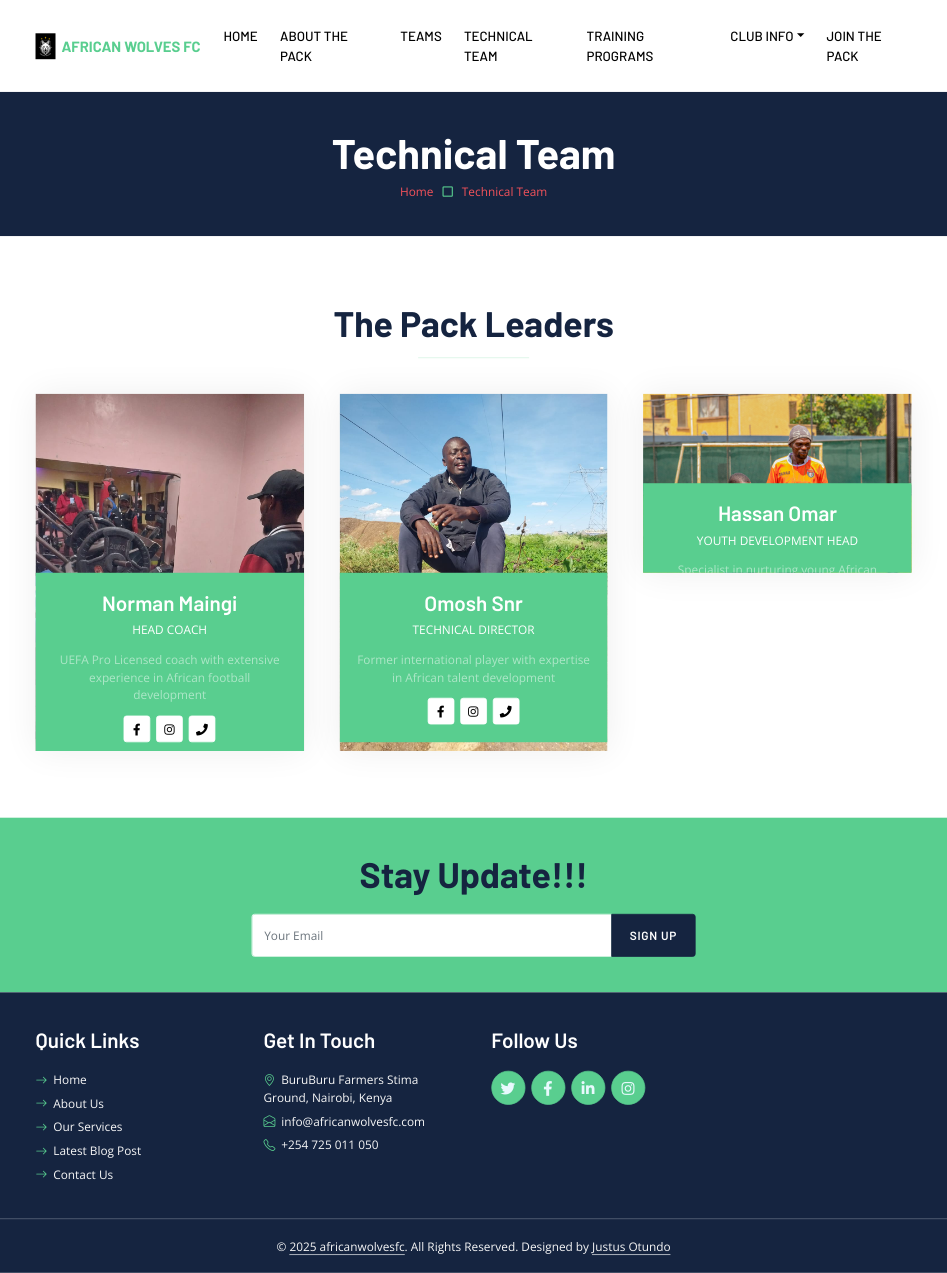
Repository: Justus-Otundo/uleziborafc
Page: coachingstaff.html
An editor plug-in stored every save of this project. The page is shown before and after the next save, followed by the edit.
The browser window is 1280 px wide. The pictures show the whole page, at 74% of full size.
Some web libraries are served in a nearby version.

Above is the page before, as saved 2025-06-11 13:55:16.

### coachingstaff.html
<!DOCTYPE html>
<html lang="en">
<head>
    <meta charset="utf-8">
    <title>Technical Team - African Wolves FC</title>
    <meta content="width=device-width, initial-scale=1.0" name="viewport">
    <meta content="African Football Club, Professional Coaches, Football Development" name="keywords">
    <meta content="Meet the experienced technical team behind African Wolves FC" name="description">

    <!-- Favicon -->
    <link href="img/favicon.ico" rel="icon">

    <!-- Google Web Fonts -->
    <link rel="preconnect" href="https://fonts.googleapis.com">
    <link rel="preconnect" href="https://fonts.gstatic.com" crossorigin>
    <link href="https://fonts.googleapis.com/css2?family=Barlow:wght@500;600;700&family=Open+Sans:wght@400;600&display=swap" rel="stylesheet">

    <!-- Icon Font Stylesheet -->
    <link href="https://cdnjs.cloudflare.com/ajax/libs/font-awesome/5.10.0/css/all.min.css" rel="stylesheet">
    <link href="https://cdn.jsdelivr.net/npm/bootstrap-icons@1.4.1/font/bootstrap-icons.css" rel="stylesheet">

    <!-- Libraries Stylesheet -->
    <link href="lib/owlcarousel/assets/owl.carousel.min.css" rel="stylesheet">

    <!-- Customized Bootstrap Stylesheet -->
    <link href="css/bootstrap.min.css" rel="stylesheet">

    <!-- Template Stylesheet -->
    <link href="css/style.css" rel="stylesheet">
</head>

<body>
    <!-- Include Navbar -->
    <div id="navbar"></div>

    <!-- Page Header Start -->
    <div class="container-fluid bg-dark p-5">
        <div class="row">
            <div class="col-12 text-center">
                <h1 class="display-4 text-white">Technical Team</h1>
                <a href="index.html">Home</a>
                <i class="far fa-square text-primary px-2"></i>
                <a href="coachingstaff.html">Technical Team</a>
            </div>
        </div>
    </div>
    <!-- Page Header End -->

    <!-- Technical Team Start -->
    <div class="container-fluid py-6 px-5">
        <div class="text-center mx-auto mb-5" style="max-width: 600px;">
            <h1 class="display-5 mb-0">The Pack Leaders</h1>
            <hr class="w-25 mx-auto bg-primary">
        </div>
        <div class="row g-5">
            <div class="col-lg-4">
                <div class="team-item position-relative overflow-hidden">
                    <img class="img-fluid w-100" src="img/coachmaingi.jpeg" alt="Head Coach">
                    <div class="team-text w-100 position-absolute top-50 text-center bg-primary p-4">
                        <h3 class="text-white">Norman Maingi</h3>
                        <p class="text-white text-uppercase mb-0">Head Coach</p>
                        <p class="text-white-50 mt-3">UEFA Pro Licensed coach with extensive experience in African football development</p>
                        <div class="d-flex justify-content-center mt-3">
                            <a class="btn btn-square btn-light me-2" href="#"><i class="fab fa-facebook-f"></i></a>
                            <a class="btn btn-square btn-light me-2" href="#"><i class="fab fa-instagram"></i></a>
                            <a class="btn btn-square btn-light" href="#"><i class="fas fa-phone"></i></a>
                        </div>
                    </div>
                </div>
            </div>
            <div class="col-lg-4">
                <div class="team-item position-relative overflow-hidden">
                    <img class="img-fluid w-100" src="img/omosh.jpeg" alt="Technical Director">
                    <div class="team-text w-100 position-absolute top-50 text-center bg-primary p-4">
                        <h3 class="text-white">Omosh Snr</h3>
                        <p class="text-white text-uppercase mb-0">Technical Director</p>
                        <p class="text-white-50 mt-3">Former international player with expertise in African talent development</p>
                        <div class="d-flex justify-content-center mt-3">
                            <a class="btn btn-square btn-light me-2" href="#"><i class="fab fa-facebook-f"></i></a>
                            <a class="btn btn-square btn-light me-2" href="#"><i class="fab fa-instagram"></i></a>
                            <a class="btn btn-square btn-light" href="#"><i class="fas fa-phone"></i></a>
                        </div>
                    </div>
                </div>
            </div>
            <div class="col-lg-4">
                <div class="team-item position-relative overflow-hidden">
                    <img class="img-fluid w-100" src="img/coach-3.jpg" alt="Youth Development Head">
                    <div class="team-text w-100 position-absolute top-50 text-center bg-primary p-4">
                        <h3 class="text-white">Hassan Omar</h3>
                        <p class="text-white text-uppercase mb-0">Youth Development Head</p>
                        <p class="text-white-50 mt-3">Specialist in nurturing young African talent with proven track record</p>
                        <div class="d-flex justify-content-center mt-3">
                            <a class="btn btn-square btn-light me-2" href="#"><i class="fab fa-facebook-f"></i></a>
                            <a class="btn btn-square btn-light me-2" href="#"><i class="fab fa-instagram"></i></a>
                            <a class="btn btn-square btn-light" href="#"><i class="fas fa-phone"></i></a>
                        </div>
                    </div>
                </div>
            </div>
        </div>
    </div>
    <!-- Technical Team End -->

    <!-- Include Footer -->
    <div id="footer"></div>

    <!-- JavaScript Libraries -->
    <script src="https://code.jquery.com/jquery-3.4.1.min.js"></script>
    <script src="https://cdn.jsdelivr.net/npm/bootstrap@5.0.0/dist/js/bootstrap.bundle.min.js"></script>
    <script src="lib/easing/easing.min.js"></script>
    <script src="lib/waypoints/waypoints.min.js"></script>
    <script src="lib/owlcarousel/owl.carousel.min.js"></script>

    <!-- Template Javascript -->
    <script src="js/main.js"></script>
    <script>
        $(document).ready(function(){
            $("#navbar").load("navbar.html");
            $("#footer").load("footer.html");
        });
    </script>
</body>
</html>

### css/style.css
/********** Template CSS **********/
:root {
    --primary: #59CE8F;    /* Green - for primary elements and accents */
    --secondary: #E8F9FD;  /* Light Blue - for backgrounds and secondary elements */
    --accent: #FF1E00;     /* Red - for highlights and call-to-action elements */
    --dark: #000000;       /* Black - for text and dark elements */
}

h1,
h2,
.font-weight-bold {
    font-weight: 700 !important;
}

h3,
h4,
.font-weight-semi-bold {
    font-weight: 600 !important;
}

h5,
h6,
.font-weight-medium {
    font-weight: 500 !important;
}

.pt-6 {
    padding-top: 90px;
}

.pb-6 {
    padding-bottom: 90px;
}

.py-6 {
    padding-top: 90px;
    padding-bottom: 90px;
}

.btn {
    font-family: 'Barlow', sans-serif;
    font-weight: 600;
    text-transform: uppercase;
    letter-spacing: 1px;
    transition: all 0.3s ease;
}

.btn-primary {
    color: var(--secondary);
    background-color: var(--primary);
    border-color: var(--primary);
}

.btn-primary:hover {
    color: var(--secondary);
    background-color: #48b77c;  /* Darker shade of primary green */
    border-color: #48b77c;
}

.btn-square {
    width: 36px;
    height: 36px;
}

.btn-sm-square {
    width: 28px;
    height: 28px;
}

.btn-lg-square {
    width: 46px;
    height: 46px;
}

.btn-square,
.btn-sm-square,
.btn-lg-square {
    padding-left: 0;
    padding-right: 0;
    text-align: center;
}

.back-to-top {
    position: fixed;
    display: none;
    right: 45px;
    bottom: 45px;
    z-index: 99;
}

.top-shape::before {
    position: absolute;
    content: "";
    width: 35px;
    height: 100%;
    top: 0;
    left: -17px;
    background: var(--primary);
    transform: skew(40deg);
}

.navbar {
    transition: all 0.3s ease-in-out;
    background: #ffffff;
    z-index: 1030;
}

.navbar.fixed-top {
    position: fixed !important;
    top: 0;
    right: 0;
    left: 0;
    z-index: 1030;
}

.navbar-light .navbar-nav .nav-link {
    font-family: 'Barlow', sans-serif;
    padding: 35px 15px;
    font-size: 18px;
    text-transform: uppercase;
    color: var(--dark);
    outline: none;
    transition: .5s;
}

.sticky-top.navbar-light .navbar-nav .nav-link {
    padding: 20px 15px;
}

.navbar-light .navbar-nav .nav-link:hover,
.navbar-light .navbar-nav .nav-link.active {
    color: var(--accent);
}

@media (max-width: 991.98px) {
    .navbar-light .navbar-nav .nav-link  {
        padding: 10px 0;
    }
}

.navbar-logo {
    height: 35px;
    width: auto;
    vertical-align: middle;
}

.brand-text {
    font-size: 1.25rem;
    font-weight: 600;
    line-height: 1.2;
}

.carousel-caption {
    top: 0;
    left: 0;
    right: 0;
    bottom: 0;
    background: rgba(21, 36, 64, .7);
    z-index: 1;
}

@media (max-width: 576px) {
    .carousel-caption h5 {
        font-size: 14px;
        font-weight: 500 !important;
    }

    .carousel-caption h1 {
        font-size: 30px;
        font-weight: 600 !important;
    }
}

.carousel-control-prev,
.carousel-control-next {
    width: 10%;
}

.carousel-control-prev-icon,
.carousel-control-next-icon {
    width: 3rem;
    height: 3rem;
}

.service-item {
    position: relative;
    overflow: hidden;
    height: 350px;
    display: flex;
    flex-direction: column;
    align-items: center;
    justify-content: center;
    background: rgba(232, 249, 253, 0.9); /* Semi-transparent secondary color */
    transition: all 0.3s ease;
    backdrop-filter: blur(5px);
    border-radius: 10px;
}

.service-item::after {
    position: absolute;
    content: "";
    width: 100%;
    height: 50px;
    bottom: -50px;
    left: 0;
    background: var(--light);
    border-radius: 100% 100% 0 0;
    box-shadow: 0px -10px 5px #EEEEEE;
    transition: .5s;
}

.service-item:hover {
    transform: translateY(-10px);
    box-shadow: 0 10px 30px rgba(0,0,0,0.1);
    border-color: var(--accent);
}

.service-item i {
    transition: all 0.3s ease;
}

.service-item:hover i {
    transform: scale(1.2);
}

.service-item:hover::after {
    bottom: -25px;
}

.service-item p {
    transition: .3s;
}

.service-item:hover p {
    margin-bottom: 25px !important;
}

.team-item {
    box-shadow: 0 0 45px rgba(0, 0, 0, .07);
}

.team-item img {
    transition: all 0.5s ease;
}

.team-item:hover img {
    transform: scale(1.1);
}

.team-item .team-text {
    transition: .5s;
}

.team-item:hover .team-text {
    background: rgba(89, 206, 143, 0.9) !important; /* Semi-transparent primary color */
}

.testimonial-carousel .owl-nav {
    margin-top: 30px;
    display: flex;
    justify-content: start;
}

.testimonial-carousel .owl-nav .owl-prev,
.testimonial-carousel .owl-nav .owl-next{
    position: relative;
    margin: 0 5px;
    width: 45px;
    height: 45px;
    display: flex;
    align-items: center;
    justify-content: center;
    color: #FFFFFF;
    background: var(--primary);
    font-size: 22px;
    border-radius: 45px;
    transition: .5s;
}

.testimonial-carousel .owl-nav .owl-prev:hover,
.testimonial-carousel .owl-nav .owl-next:hover {
    color: var(--dark);
}

.testimonial-carousel .owl-item img {
    width: 90px;
    height: 90px;
}

.blog-item img {
    transition: .5s;
}

.blog-item:hover img {
    transform: scale(1.1);
}

.team-card-image {
    width: 100%;
    height: 250px;
    object-fit: cover;
    border-top-left-radius: 5px;
    border-top-right-radius: 5px;
}

.teams-section {
    position: relative;
    background: url('../img/wolves-logo.jpeg') no-repeat center center;
    background-size: 50%;
    background-attachment: fixed;
}

.teams-section::before {
    content: '';
    position: absolute;
    top: 0;
    left: 0;
    right: 0;
    bottom: 0;
    background: rgba(255, 255, 255, 0.95);
}

.teams-section .container-fluid {
    position: relative;
    z-index: 1;
}

/* Fixed Navbar Styles */
.fixed-top {
    transition: all 0.3s ease;
}

/* Add padding to body to prevent content from hiding under navbar */
body {
    position: relative;
    padding-top: 90px;
}

/* Optional: Change navbar background when scrolled */
.navbar.fixed-top.scrolled {
    background-color: rgba(255, 255, 255, 0.95) !important;
    box-shadow: 0 0 15px rgba(0, 0, 0, 0.1);
}

.content-wrapper {
    position: relative;
    min-height: calc(100vh - 90px);
    padding-top: 90px;
    z-index: 1;
}

.bg-primary {
    background-color: var(--primary) !important;
}

.bg-secondary {
    background-color: var(--secondary) !important;
}

.text-primary {
    color: var(--primary) !important;
}

.btn-accent {
    color: var(--secondary);
    background-color: var(--accent);
    border-color: var(--accent);
}

.text-accent {
    color: var(--accent) !important;
}

/* Enhanced Typography */
.display-1 {
    font-weight: 700;
    letter-spacing: -1px;
}

.text-shadow {
    text-shadow: 2px 2px 4px rgba(0, 0, 0, 0.5);
}

/* Button Enhancements */
.btn {
    text-transform: uppercase;
    letter-spacing: 1px;
    transition: all 0.3s ease;
}

.btn:hover {
    transform: translateY(-2px);
    box-shadow: 0 5px 15px rgba(0,0,0,0.1);
}

/* Section Improvements */
.service-item {
    border: none;
    border-radius: 10px;
    overflow: hidden;
    transition: all 0.3s ease;
}

.service-item:hover {
    transform: translateY(-10px);
    box-shadow: 0 10px 30px rgba(0,0,0,0.1);
}

/* Image Enhancements */
.carousel-item img {
    filter: brightness(0.8);
}

.team-item img {
    transition: all 0.5s ease;
}

.team-item:hover img {
    transform: scale(1.1);
}

/* Testimonial Improvements */
.testimonial-item {
    background: rgba(255, 255, 255, 0.95);
    border-radius: 10px;
    padding: 30px;
    margin: 15px;
    box-shadow: 0 5px 15px rgba(0,0,0,0.1);
}

### js/main.js
(function ($) {
    "use strict";

    // Sticky Navbar
    $(window).scroll(function () {
        if ($(this).scrollTop() > 0) {
            $('.navbar').addClass('fixed-top shadow-sm').css('position', 'fixed');
            $('body').css('padding-top', $('.navbar').outerHeight());
        } else {
            $('.navbar').removeClass('fixed-top shadow-sm').css('position', '');
            $('body').css('padding-top', 0);
        }
    });

    // Dropdown on mouse hover
    $(document).ready(function () {
        function toggleNavbarMethod() {
            if ($(window).width() > 992) {
                $('.navbar .dropdown').on('mouseover', function () {
                    $('.dropdown-toggle', this).trigger('click');
                }).on('mouseout', function () {
                    $('.dropdown-toggle', this).trigger('click').blur();
                });
            } else {
                $('.navbar .dropdown').off('mouseover').off('mouseout');
            }
        }
        toggleNavbarMethod();
        $(window).resize(toggleNavbarMethod);
    });


    // Back to top button
    $(window).scroll(function () {
        if ($(this).scrollTop() > 100) {
            $('.back-to-top').fadeIn('slow');
        } else {
            $('.back-to-top').fadeOut('slow');
        }
    });
    $('.back-to-top').click(function () {
        $('html, body').animate({scrollTop: 0}, 1500, 'easeInOutExpo');
        return false;
    });


    // Testimonials carousel
    $(".testimonial-carousel").owlCarousel({
        autoplay: true,
        smartSpeed: 1000,
        items: 1,
        dots: false,
        loop: true,
        nav : true,
        navText : [
            '<i class="bi bi-arrow-left"></i>',
            '<i class="bi bi-arrow-right"></i>'
        ],
    });

})(jQuery);

### navbar.html
<nav class="navbar navbar-expand-lg bg-white navbar-light shadow-sm px-5 py-3 py-lg-0 fixed-top">
    <a href="index.html" class="navbar-brand p-0 d-flex align-items-center">
        <img src="img/wolves-logo.jpeg" alt="African Wolves FC Logo" class="navbar-logo me-2">
        <h1 class="brand-text m-0 text-uppercase text-primary">African Wolves FC</h1>
    </a>
    <button class="navbar-toggler" type="button" data-bs-toggle="collapse" data-bs-target="#navbarCollapse">
        <span class="navbar-toggler-icon"></span>
    </button>
    <div class="collapse navbar-collapse" id="navbarCollapse">
        <div class="navbar-nav ms-auto py-0 me-n3">
            <a href="index.html" class="nav-item nav-link">Home</a>
            <a href="about.html" class="nav-item nav-link">About The Pack</a>
            <a href="service.html" class="nav-item nav-link">Teams</a>
            <a href="coachingstaff.html" class="nav-item nav-link">Technical Team</a>
            <a href="trainingprograms.html" class="nav-item nav-link">Training Programs</a>
            <div class="nav-item dropdown">
                <a href="#" class="nav-link dropdown-toggle" data-bs-toggle="dropdown">Club Info</a>
                <div class="dropdown-menu m-0">
                    <a href="news.html" class="dropdown-item">Club News</a>
                    <a href="matches.html" class="dropdown-item">Matches & Results</a>
                    <a href="academy.html" class="dropdown-item">Academy</a>
                    <a href="registration.html" class="dropdown-item">Player Registration</a>
                    <a href="testimonial.html" class="dropdown-item">Success Stories</a>
                </div>
            </div>
            <a href="contact.html" class="nav-item nav-link">Join The Pack</a>
        </div>
    </div>
</nav>

### footer.html
<!-- Footer Start -->
<div class="container-fluid bg-primary text-secondary p-5">
    <div class="row g-5">
        <div class="col-12 text-center">
            <h1 class="display-5 mb-4">Stay Update!!!</h1>
            <form class="mx-auto" style="max-width: 600px;">
                <div class="input-group">
                    <input type="text" class="form-control border-white p-3" placeholder="Your Email">
                    <button class="btn btn-dark px-4">Sign Up</button>
                </div>
            </form>
        </div>
    </div>
</div>
<div class="container-fluid bg-dark text-secondary p-5">
    <div class="row g-5">
        <div class="col-lg-3 col-md-6">
            <h3 class="text-white mb-4">Quick Links</h3>
            <div class="d-flex flex-column justify-content-start">
                <a class="text-secondary mb-2" href="#"><i class="bi bi-arrow-right text-primary me-2"></i>Home</a>
                <a class="text-secondary mb-2" href="#"><i class="bi bi-arrow-right text-primary me-2"></i>About Us</a>
                <a class="text-secondary mb-2" href="#"><i class="bi bi-arrow-right text-primary me-2"></i>Our Services</a>
                <a class="text-secondary mb-2" href="#"><i class="bi bi-arrow-right text-primary me-2"></i>Latest Blog Post</a>
                <a class="text-secondary" href="#"><i class="bi bi-arrow-right text-primary me-2"></i>Contact Us</a>
            </div>
        </div>
        <div class="col-lg-3 col-md-6">
            <h3 class="text-white mb-4">Get In Touch</h3>
            <p class="mb-2"><i class="bi bi-geo-alt text-primary me-2"></i>BuruBuru Farmers Stima Ground, Nairobi, Kenya</p>
            <p class="mb-2"><i class="bi bi-envelope-open text-primary me-2"></i>info@africanwolvesfc.com</p>
            <p class="mb-0"><i class="bi bi-telephone text-primary me-2"></i>+254 725 011 050</p>
        </div>
        <div class="col-lg-3 col-md-6">
            <h3 class="text-white mb-4">Follow Us</h3>
            <div class="d-flex">
                <a class="btn btn-lg btn-primary btn-lg-square rounded-circle me-2" href="#"><i class="fab fa-twitter fw-normal"></i></a>
                <a class="btn btn-lg btn-primary btn-lg-square rounded-circle me-2" href="#"><i class="fab fa-facebook-f fw-normal"></i></a>
                <a class="btn btn-lg btn-primary btn-lg-square rounded-circle me-2" href="#"><i class="fab fa-linkedin-in fw-normal"></i></a>
                <a class="btn btn-lg btn-primary btn-lg-square rounded-circle" href="#"><i class="fab fa-instagram fw-normal"></i></a>
            </div>
        </div>
    </div>
</div>
<div class="container-fluid bg-dark text-secondary text-center border-top py-4 px-5" style="border-color: rgba(256, 256, 256, .1) !important;">
    <p class="m-0">&copy; <a class="text-secondary border-bottom" href="#">2025 africanwolvesfc</a>. All Rights Reserved. Designed by <a class="text-secondary border-bottom" href="https://justus-otundo.github.io/justus-otundo/">Justus Otundo</a></p>
</div>
<!-- Footer End -->

Loaded but not shown: lib/owlcarousel/assets/owl.carousel.min.css (common file); css/bootstrap.min.css (library); lib/easing/easing.min.js (common file); lib/waypoints/waypoints.min.js (library); lib/owlcarousel/owl.carousel.min.js (library)

After the next save:
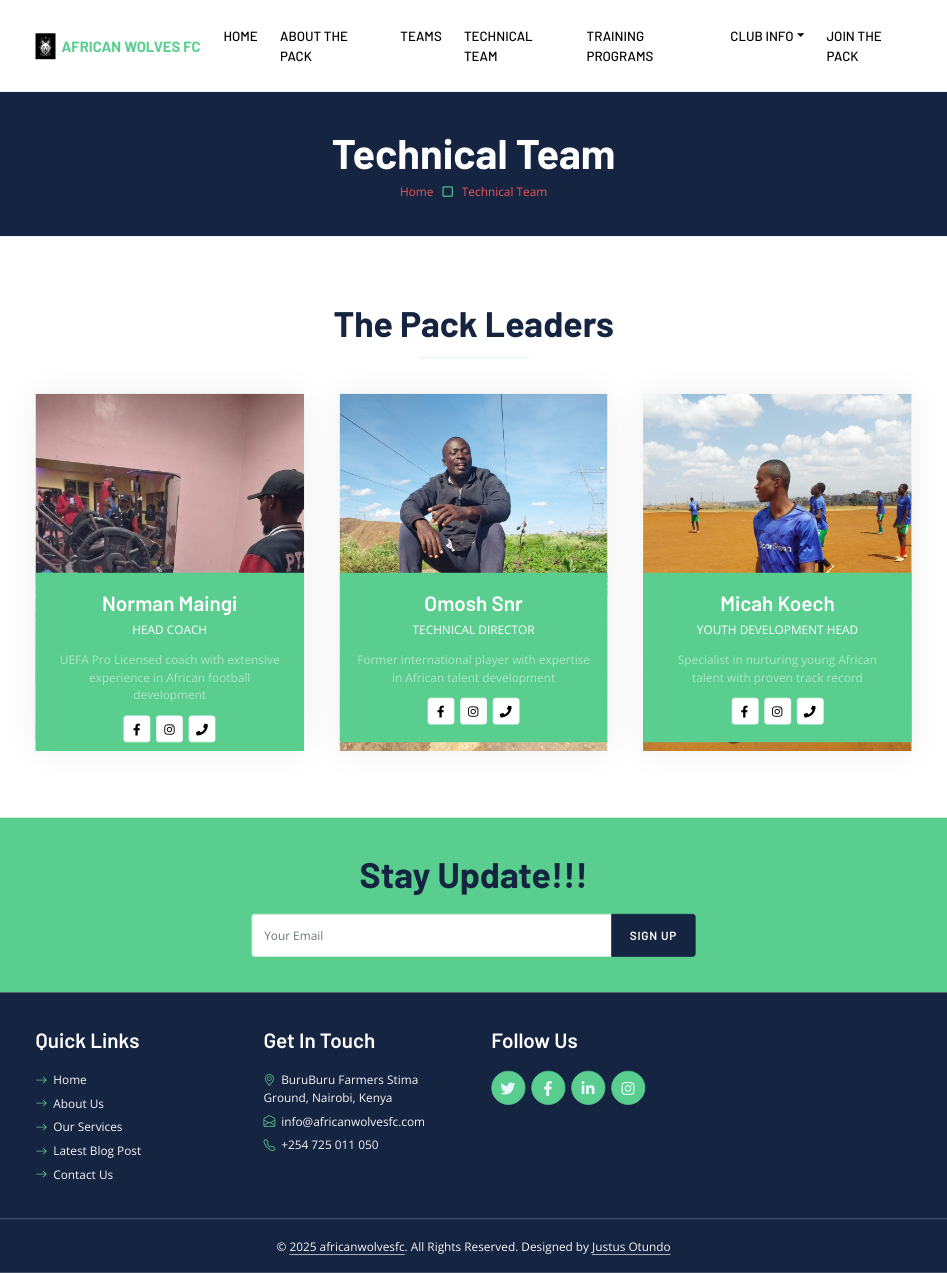
Saved 47 s later.
--- a/coachingstaff.html
+++ b/coachingstaff.html
@@ -85,9 +85,9 @@
             </div>
             <div class="col-lg-4">
                 <div class="team-item position-relative overflow-hidden">
-                    <img class="img-fluid w-100" src="img/coach-3.jpg" alt="Youth Development Head">
+                    <img class="img-fluid w-100" src="img/micah.jpeg" alt="Youth Development Head">
                     <div class="team-text w-100 position-absolute top-50 text-center bg-primary p-4">
-                        <h3 class="text-white">Hassan Omar</h3>
+                        <h3 class="text-white">Micah Koech</h3>
                         <p class="text-white text-uppercase mb-0">Youth Development Head</p>
                         <p class="text-white-50 mt-3">Specialist in nurturing young African talent with proven track record</p>
                         <div class="d-flex justify-content-center mt-3">
